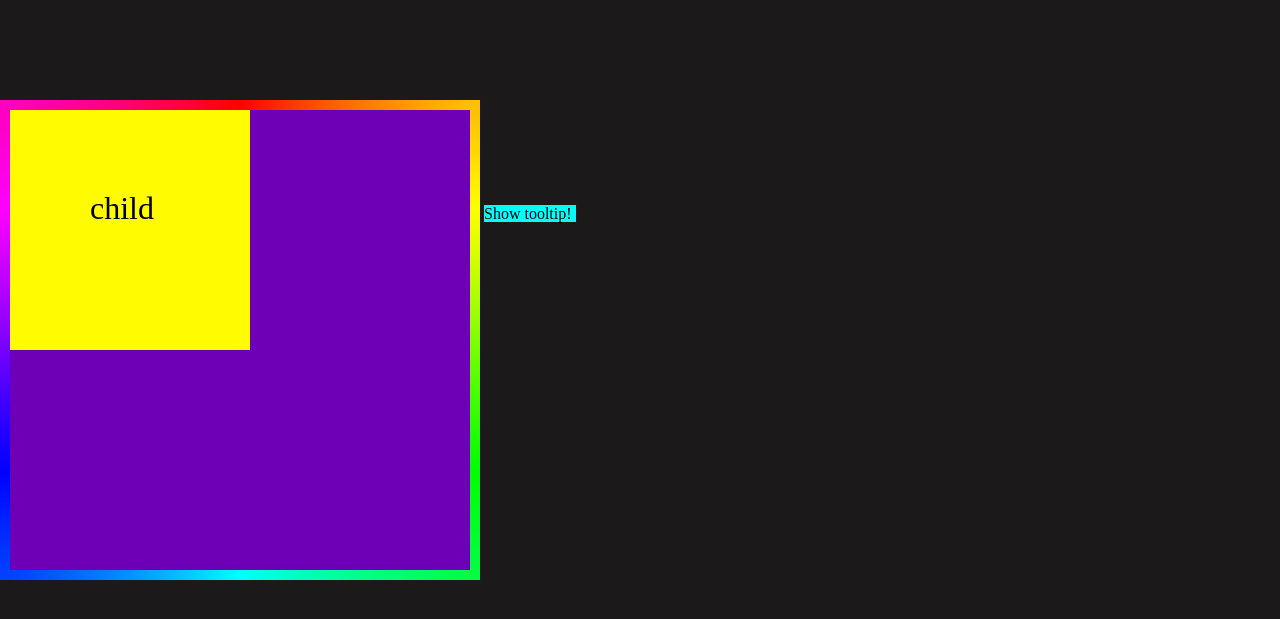
Repository: badhon252/revision
Page: Day-5/index.html
These files come from the project's save history. The page is drawn as it stood at one moment and after the next save; the edit follows.
The browser window is 1280 px wide. The pictures show the whole page.

Above is the page before, as saved 2022-02-12 00:24:04.

After the next save:
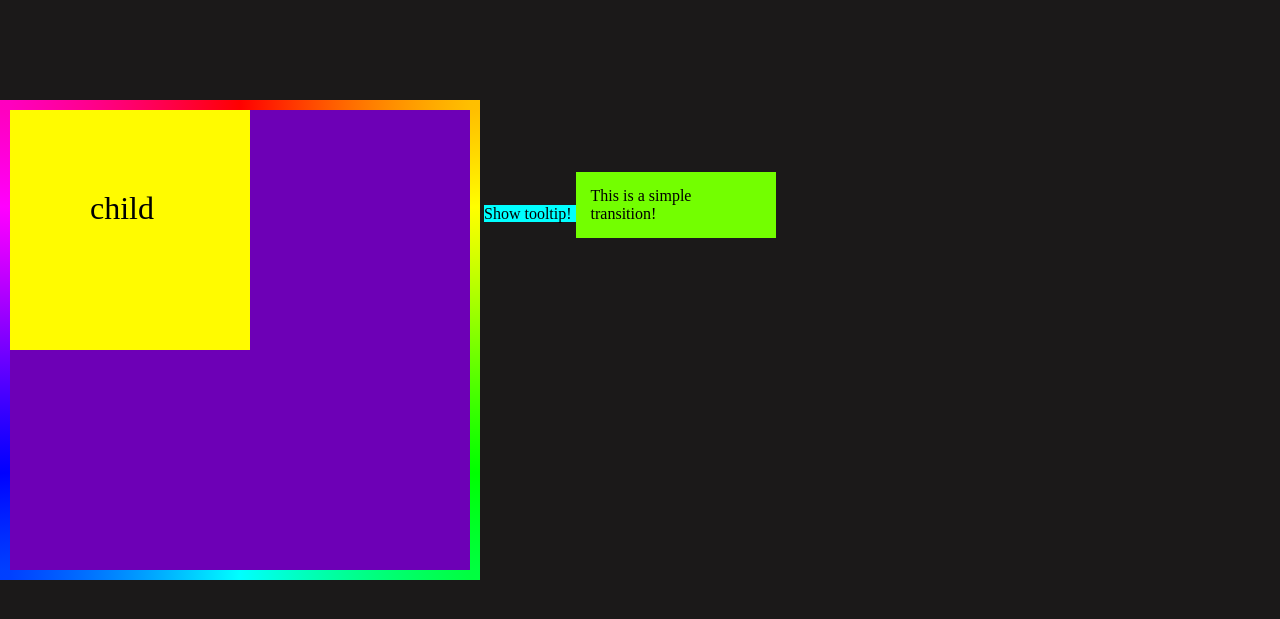
Saved 17 s later.
--- a/Day-5/index.css
+++ b/Day-5/index.css
@@ -39,7 +39,7 @@
   padding: 15px;
   background-color: rgb(115, 255, 0);
   display: inline-block;
-  visibility: hidden;
+  /* visibility: hidden; */
 }
 
 .parent:hover .child {
